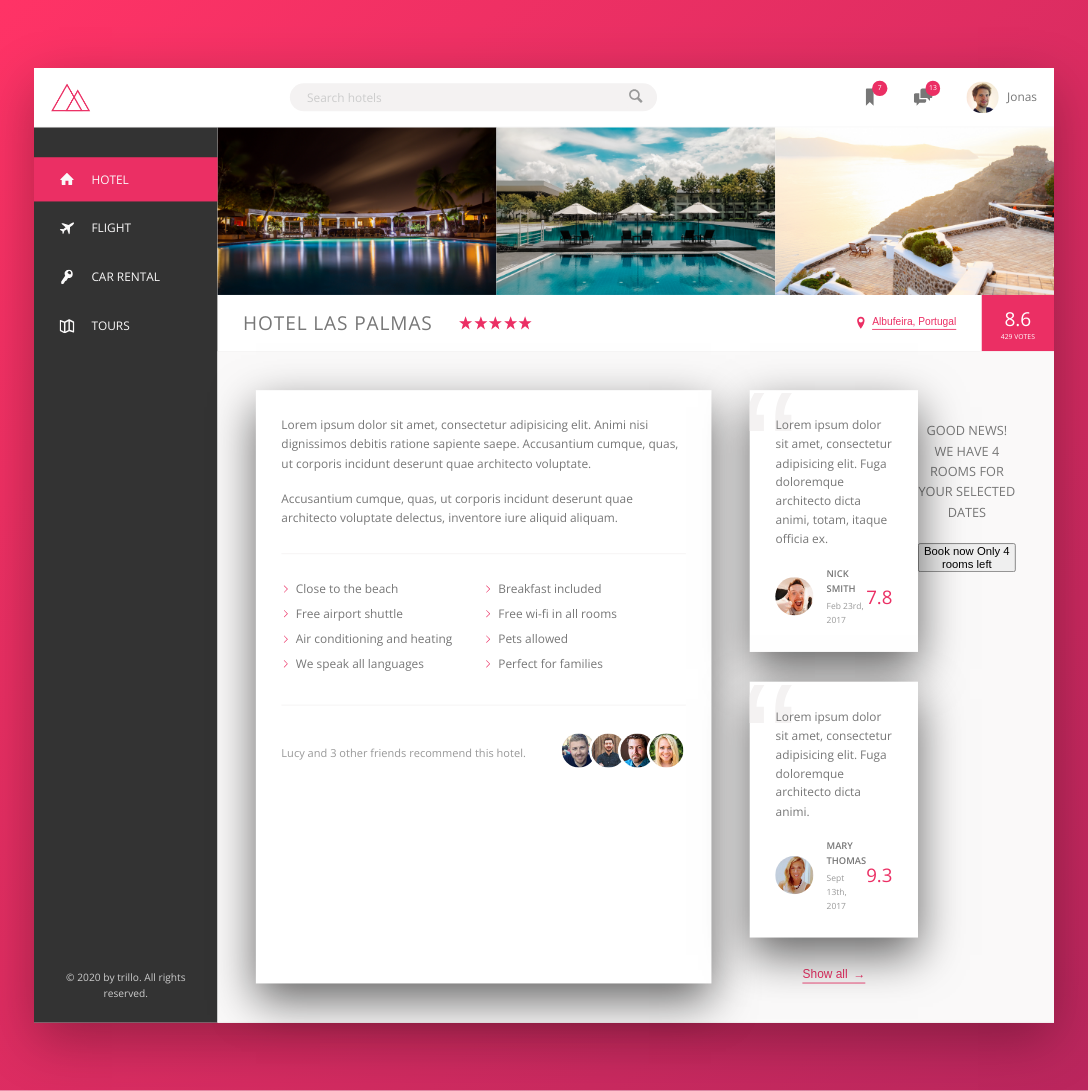
Repository: Lithium87/Trillo
Page: index.html
These files come from the project's save history. The page is drawn as it stood at one moment and after the next save; the edit follows.
The browser window is 1280 px wide. The pictures show the whole page, at 85% of full size.
The style sheet was rebuilt from its Sass, Less or Tailwind sources for each picture, by a compiler version that may differ from the author's.

Above is the page before, as saved 2020-05-17 14:03:45.

### index.html
<!DOCTYPE html>
<html lang="en">

<head>
    <meta charset="UTF-8">
    <meta name="viewport" content="width=device-width, initial-scale=1.0">

    <link href="https://fonts.googleapis.com/css?family=Open+Sans:300,400,600" rel="stylesheet">
    <link rel="stylesheet" href="css/style.css">
    <link rel="shortcut icon" type="image/png" href="img/favicon.png">

    <title>trillo &mdash; Your all-in-one booking app</title>
</head>

<body>
    <div class="container">
        <header class="header">
            <img src="img/logo.png" alt="Trillo logo" class="logo">
            <form action="#" class="search">
                <input type="text" class="search__input" placeholder="Search hotels">
                <button class="search__button">
                    <svg class="search__icon">
                        <use xlink:href="img/sprite.svg#icon-magnifying-glass"></use>
                    </svg>
                </button>
            </form>

            <nav class="user-nav">
                <div class="user-nav__icon-box">
                    <svg class="user-nav__icon">
                        <use xlink:href="img/sprite.svg#icon-bookmark"></use>
                    </svg>
                    <span class="user-nav__notification">7</span>
                </div>
                <div class="user-nav__icon-box">
                    <svg class="user-nav__icon">
                        <use xlink:href="img/sprite.svg#icon-chat"></use>
                    </svg>
                    <span class="user-nav__notification">13</span>
                </div>
                <div class="user-nav__user">
                    <img src="img/user.jpg" alt="User photo" class="user-nav__user-photo">
                    <span class="user-nav__user-name">Jonas</span>
                </div>
            </nav>
        </header>
        <div class="content">
            <nav class="sidebar">
                <ul class="side-nav">
                    <li class="side-nav__item side-nav__item--active">
                        <a href="#" class="side-nav__link">
                            <svg class="side-nav__icon">
                                <use xlink:href="img/stripe.svg#icon-home"></use>
                            </svg>
                            <span>Hotel</span>
                        </a>
                    </li>
                    <li class="side-nav__item">
                        <a href="#" class="side-nav__link">
                            <svg class="side-nav__icon">
                                <use xlink:href="img/stripe.svg#icon-aircraft"></use>
                            </svg>
                            <span>Flight</span>
                        </a>
                    </li>
                    <li class="side-nav__item">
                        <a href="#" class="side-nav__link">
                            <svg class="side-nav__icon">
                                <use xlink:href="img/stripe.svg#icon-key"></use>
                            </svg>
                            <span>Car rental</span>
                        </a>
                    </li>
                    <li class="side-nav__item">
                        <a href="#" class="side-nav__link">
                            <svg class="side-nav__icon">
                                <use xlink:href="img/stripe.svg#icon-map"></use>
                            </svg>
                            <span>Tours</span>
                        </a>
                    </li>
                </ul>
                <div class="legal">
                    &copy; 2020 by trillo. All rights reserved.
                </div>
            </nav>
            <main class="hotel-view">
                <div class="gallery">
                    <figure class="gallery__item">
                        <img src="img/hotel-1.jpg" alt="Photo of hotel 1" class="gallery__photo">
                    </figure>
                    <figure class="gallery__item">
                        <img src="img/hotel-2.jpg" alt="Photo of hotel 2" class="gallery__photo">
                    </figure>
                    <figure class="gallery__item">
                        <img src="img/hotel-3.jpg" alt="Photo of hotel 3" class="gallery__photo">
                    </figure>
                </div>
                <div class="overview">
                    <h1 class="overview__heading">Hotel Las Palmas</h1>
                    <div class="overview__stars">
                        <svg class="overview__icon-star">
                            <use xlink:href="img/stripe.svg#icon-star"></use>
                        </svg>
                        <svg class="overview__icon-star">
                            <use xlink:href="img/stripe.svg#icon-star"></use>
                        </svg>
                        <svg class="overview__icon-star">
                            <use xlink:href="img/stripe.svg#icon-star"></use>
                        </svg>
                        <svg class="overview__icon-star">
                            <use xlink:href="img/stripe.svg#icon-star"></use>
                        </svg>
                        <svg class="overview__icon-star">
                            <use xlink:href="img/stripe.svg#icon-star"></use>
                        </svg>
                    </div>
                    <div class="overview__location">
                        <svg class="overview__icon-location">
                            <use xlink:href="img/stripe.svg#icon-location-pin"></use>
                        </svg>
                        <button class="btn-inline">Albufeira, Portugal</button>
                    </div>
                    <div class="overview__rating">
                        <div class="overview__rating-average">8.6</div>
                        <div class="overview__rating-count">429 votes</div>
                    </div>
                </div>
                <div class="detail">
                    <div class="description">
                        <p class="paragraph">
                            Lorem ipsum dolor sit amet, consectetur adipisicing elit. Animi nisi dignissimos debitis ratione sapiente saepe. Accusantium cumque, quas, ut corporis incidunt deserunt quae architecto voluptate.
                        </p>
                        <p class="paragraph">
                            Accusantium cumque, quas, ut corporis incidunt deserunt quae architecto voluptate delectus, inventore iure aliquid aliquam.
                        </p>
                        <ul class="list">
                            <li class="list__item">Close to the beach</li>
                            <li class="list__item">Breakfast included</li>
                            <li class="list__item">Free airport shuttle</li>
                            <li class="list__item">Free wi-fi in all rooms</li>
                            <li class="list__item">Air conditioning and heating</li>
                            <li class="list__item">Pets allowed</li>
                            <li class="list__item">We speak all languages</li>
                            <li class="list__item">Perfect for families</li>
                        </ul>
                        <div class="recommend">
                            <p class="recommend__count">
                                Lucy and 3 other friends recommend this hotel.
                            </p>
                            <div class="recommend__friends">
                                <img src="img/user-3.jpg" alt="Friend 1" class="recommend__photo">
                                <img src="img/user-4.jpg" alt="Friend 2" class="recommend__photo">
                                <img src="img/user-5.jpg" alt="Friend 3" class="recommend__photo">
                                <img src="img/user-6.jpg" alt="Friend 4" class="recommend__photo">
                            </div>
                        </div>
                    </div>
                    <div class="user-reviews">
                        <figure class="review">
                            <blockquote class="review__text">
                                Lorem ipsum dolor sit amet, consectetur adipisicing elit. Fuga doloremque architecto dicta animi, totam, itaque officia ex.
                            </blockquote>
                            <figcaption class="review__user">
                                <img src="img/user-1.jpg" alt="User 1" class="review__photo">
                                <div class="review__user-box">
                                    <p class="review__user-name">Nick Smith</p>
                                    <p class="review__user-date">Feb 23rd, 2017</p>
                                </div>
                                <div class="review__rating">7.8</div>
                            </figcaption>
                        </figure>
                        <figure class="review">
                            <blockquote class="review__text">
                                Lorem ipsum dolor sit amet, consectetur adipisicing elit. Fuga doloremque architecto dicta animi.
                            </blockquote>
                            <figcaption class="review__user">
                                <img src="img/user-2.jpg" alt="User 2" class="review__photo">
                                <div class="review__user-box">
                                    <p class="review__user-name">Mary Thomas</p>
                                    <p class="review__user-date">Sept 13th, 2017</p>
                                </div>
                                <div class="review__rating">9.3</div>
                            </figcaption>
                        </figure>
                        <button class="btn-inline">Show all <span>&rarr;</span></button>
                    </div>
                    <div class="cta">
                        <h2 class="cta__book-now">Good news! We have 4 rooms for your selected dates</h2>
                        <button class="btn">
                            <span class="btn__visible">Book now
                                <span class="btn__invisible">Only 4 rooms left</span>
                            </span>
                        </button>
                    </div>
                </div>
            </main>
        </div>
    </div>
</body>

</html>

### sass/_base.scss
:root {
    --color-primary: #eb2f64;
    --color-primary-light: #FF3366;
    --color-primary-dark: #BA265D;
    --color-grey-light-1: #faf9f9;
    --color-grey-light-2: #f4f2f2;
    --color-grey-light-3: #f0eeee;
    --color-grey-light-4: #ccc;
    --color-grey-dark-1: #333;
    --color-grey-dark-2: #777;
    --color-grey-dark-3: #999;
    --shadow-dark: 0 2rem 6rem rgba(0, 0, 0, .3);
    --shadow-light: 0 2rem 5rem rgba(0, 0, 0, .6);
    --line: 1px solid var(--color-grey-light-2);
}

* {
    margin: 0;
    padding: 0;
}

*,
*::before,
*::after {
    box-sizing: inherit;
}

html {
    box-sizing: border-box;
    font-size: 62.5%; // 1rem = 10px
}

body {
    font-family: 'Open Sans', sans-serif;
    font-weight: 400;
    line-height: 1.6;
    color: var(--color-grey-dark-2);
    background-image: linear-gradient(to right bottom, var(--color-primary-light), var(--color-primary-dark));
    background-size: cover;
    background-repeat: no-repeat;
    min-height: 100vh;
}

### sass/_layout.scss
.container {
    max-width: 120rem;
    margin: 8rem auto;
    background-color: var(--color-grey-light-1);
    box-shadow: var(--shadow-dark);
    min-height: 50rem;
}

.header {
    font-size: 1.4rem;
    height: 7rem;
    background-color: #fff;
    border-bottom: var(--line);
    display: flex;
    justify-content: space-between;
    align-items: center;
}

.content {
    display: flex;
}

.sidebar {
    background-color: var(--color-grey-dark-1);
    flex: 0 0 18%;
    display: flex;
    flex-direction: column;
    justify-content: space-between;
}

.hotel-view {
    background-color: #fff;
    flex: 1;
}

.detail {
    font-size: 1.4rem;
    display: flex;
    padding: 4.5rem;
    background-color: var(--color-grey-light-1);
    border-bottom: var(--line);
}

.description {
    background-color: #fff;
    box-shadow: var(--shadow-light);
    padding: 3rem;
    flex: 0 0 60%;
    margin-right: 4.5rem;
}

.user-reviews {
    flex: 1;
    display: flex;
    flex-direction: column;
    align-items: center;
}

### sass/_components.scss
///////////////////////
//LOGO
.logo {
    height: 3.25rem;
    margin-left: 2rem;
}

///////////////////////
//SEARCH BOX
.search {
    flex: 0 0 40%;
    display: flex;
    align-items: center;
    justify-content: center;
    &__input {
        font-family: inherit;
        font-size: inherit;
        color: inherit;
        background-color: var(--color-grey-light-2);
        border: none;
        padding: .7rem 2rem;
        border-radius: 100px;
        width: 90%;
        transition: all .2s;
        margin-right: -3.5rem;
        &:focus {
            outline: none;
            width: 100%;
            background-color: var(--color-grey-light-3);
        }
        &::-webkit-input-placeholder {
            font-weight: 100;
            color: var(--color-grey-light-4);
        }
    }
    &__input:focus+&__button {
        background-color: var(--color-grey-light-3);
    }
    &__button {
        border: none;
        background-color: var(--color-grey-light-2);
        &:focus {
            outline: none;
        }
        &:active {
            transform: translateY(2px);
        }
    }
    &__icon {
        height: 2rem;
        width: 2rem;
        fill: var(--color-grey-dark-3);
    }
}

///////////////////////
//USER NAVIGATION
.user-nav {
    align-self: stretch;
    display: flex;
    align-items: center;
    &>* {
        padding: 0 2rem;
        cursor: pointer;
        height: 100%;
        display: flex;
        align-items: center;
    }
    &>*:hover {
        background-color: var(--color-grey-light-2);
    }
    &__icon-box {
        position: relative;
    }
    &__icon {
        height: 2.25rem;
        width: 2.25rem;
        fill: var(--color-grey-dark-2);
    }
    &__notification {
        font-size: .8rem;
        height: 1.75rem;
        width: 1.75rem;
        border-radius: 50%;
        background-color: var(--color-primary);
        color: #fff;
        position: absolute;
        top: 1.5rem;
        right: 1.1rem;
        display: flex;
        justify-content: center;
        align-items: center;
    }
    &__user-photo {
        height: 3.75rem;
        border-radius: 50%;
        margin-right: 1rem;
    }
}

///////////////////////
//SIDE NAVIGATION
.side-nav {
    font-size: 1.4rem;
    list-style: none;
    margin-top: 3.5rem;
    &__item {
        position: relative;
        &:not(:last-child) {
            margin-bottom: .5rem;
        }
    }
    &__item::before {
        content: "";
        position: absolute;
        top: 0;
        left: 0;
        height: 100%;
        width: 3px;
        background-color: var(--color-primary);
        transform: scaleY(0);
        transition: transform .2s, width .4s cubic-bezier(1, 0, 0, 1) .2s, background-color .1s;
    }
    &__item:hover::before,
    &__item--active::before {
        transform: scaleY(1);
        width: 100%;
    }
    &__item:active::before {
        background-color: var(--color-primary-light);
    }
    &__link:link,
    &__link:visited {
        color: var(--color-grey-light-1);
        text-decoration: none;
        text-transform: uppercase;
        display: block;
        padding: 1.5rem 3rem;
        position: relative;
        z-index: 10;
        display: flex;
        align-items: center;
    }
    &__icon {
        width: 1.75rem;
        height: 1.75rem;
        margin-right: 2rem;
        fill: currentColor;
    }
}

///////////////////////
//LEGAL TEXT
.legal {
    font-size: 1.2rem;
    color: var(--color-grey-light-4);
    text-align: center;
    padding: 2.5rem;
}

///////////////////////
//GALLERY
.gallery {
    display: flex;
    &__photo {
        width: 100%;
        display: block;
    }
}

///////////////////////
//HOTEL OVERVIEW
.overview {
    display: flex;
    align-items: center;
    border-bottom: var(--line);
    &__heading {
        font-size: 2.25rem;
        font-weight: 300;
        text-transform: uppercase;
        letter-spacing: 1px;
        padding: 1.5rem 3rem;
    }
    &__stars {
        margin-right: auto;
        display: flex;
    }
    &__icon-star,
    &__icon-location {
        width: 1.75rem;
        height: 1.75rem;
        fill: var(--color-primary);
    }
    &__location {
        font-size: 1.2rem;
        display: flex;
        align-items: center;
    }
    &__icon-location {
        margin-right: .5rem;
    }
    &__rating {
        background-color: var(--color-primary);
        color: #fff;
        margin-left: 3rem;
        padding: 0 2.25rem;
        align-self: stretch;
        display: flex;
        flex-direction: column;
        align-items: center;
        justify-content: center;
    }
    &__rating-average {
        font-size: 2.25rem;
        font-weight: 300;
        margin-bottom: -3px;
    }
    &__rating-count {
        font-size: .8rem;
        text-transform: uppercase;
    }
}

///////////////////////
//BUTTON INLINE
.btn-inline {
    border: none;
    color: var(--color-primary);
    font-size: inherit;
    border-bottom: 1px solid currentColor;
    padding-bottom: 2px;
    display: inline-block;
    background-color: transparent;
    cursor: pointer;
    transition: all .2s;
    span {
        margin-left: 3px;
        transition: margin-left .2s;
    }
    &:hover {
        color: var(--color-grey-dark-1);
        span {
            margin-left: 8px;
        }
    }
    &:focus {
        outline: none;
        animation: pulsate 1s infinite;
    }
}

@keyframes pulsate {
    0% {
        transform: scale(1);
        box-shadow: none;
    }
    50% {
        transform: scale(1.05);
        box-shadow: 0 1rem 4rem rgba(0, 0, 0, .25);
    }
    100% {
        transform: scale(1);
        box-shadow: none;
    }
}

///////////////////////
//PARAGRAPH
.paragraph:not(:last-of-type) {
    margin-bottom: 2rem;
}

///////////////////////
//LIST
.list {
    list-style: none;
    margin: 3rem 0;
    padding: 3rem 0;
    border-top: var(--line);
    border-bottom: var(--line);
    display: flex;
    flex-wrap: wrap;
    &__item {
        flex: 0 0 50%;
        margin-bottom: .7rem;
    }
    &__item::before {
        content: "";
        display: inline-block;
        height: 1rem;
        width: 1rem;
        margin-right: .7rem;
        //Older browsers
        //background-image: url(../img/chevron-thin-right.svg);
        //background-size: cover;
        //Newer browsers - masks
        background-color: var(--color-primary);
        -webkit-mask-image: url(../img/chevron-thin-right.svg);
        -webkit-mask-size: cover;
        mask-image: url(../img/chevron-thin-right.svg);
        mask-size: cover;
    }
}

///////////////////////
//RECOMMEND
.recommend {
    font-size: 1.3rem;
    color: var(--color-grey-dark-3);
    display: flex;
    align-items: center;
    &__count {
        margin-right: auto;
    }
    &__photo {
        box-sizing: content-box;
        height: 4rem;
        width: 4rem;
        border-radius: 50%;
        border: 3px solid #fff;
        &:not(:last-child) {
            margin-right: -1.5rem;
        }
    }
}

///////////////////////
//REVIEWS
.review {
    background-color: #fff;
    box-shadow: var(--shadow-light);
    padding: 3rem;
    margin-bottom: 3.5rem;
    position: relative;
    overflow: hidden;
    &__text {
        margin-bottom: 2rem;
        z-index: 10;
        position: relative;
    }
    &__user {
        display: flex;
        align-items: center;
    }
    &__photo {
        height: 4.5rem;
        width: 4.5rem;
        border-radius: 50%;
        margin-right: 1.5rem;
    }
    &__user-box {
        margin-right: auto;
    }
    &__user-name {
        font-size: 1.1rem;
        font-weight: 600;
        text-transform: uppercase;
        margin-bottom: .4rem;
    }
    &__user-date {
        font-size: 1rem;
        color: var(--color-grey-dark-3);
    }
    &__rating {
        color: var(--color-primary);
        font-size: 2.2rem;
        font-weight: 300;
    }
    &::before {
        content: "\201C";
        position: absolute;
        top: -2.75rem;
        left: -1rem;
        line-height: 1;
        font-size: 20rem;
        color: var(--color-grey-light-2);
        font-family: sans-serif;
        z-index: 1;
    }
}

///////////////////////
//CALL TO ACTION
.cta {
    padding: 3.5rem 0;
    text-align: center;
    &__book-now {
        font-size: 1.5rem;
        font-weight: 300;
        text-transform: uppercase;
        margin-bottom: 2.5rem;
    }
}

Loaded but not shown: sass/main.scss (common file)

After the next save:
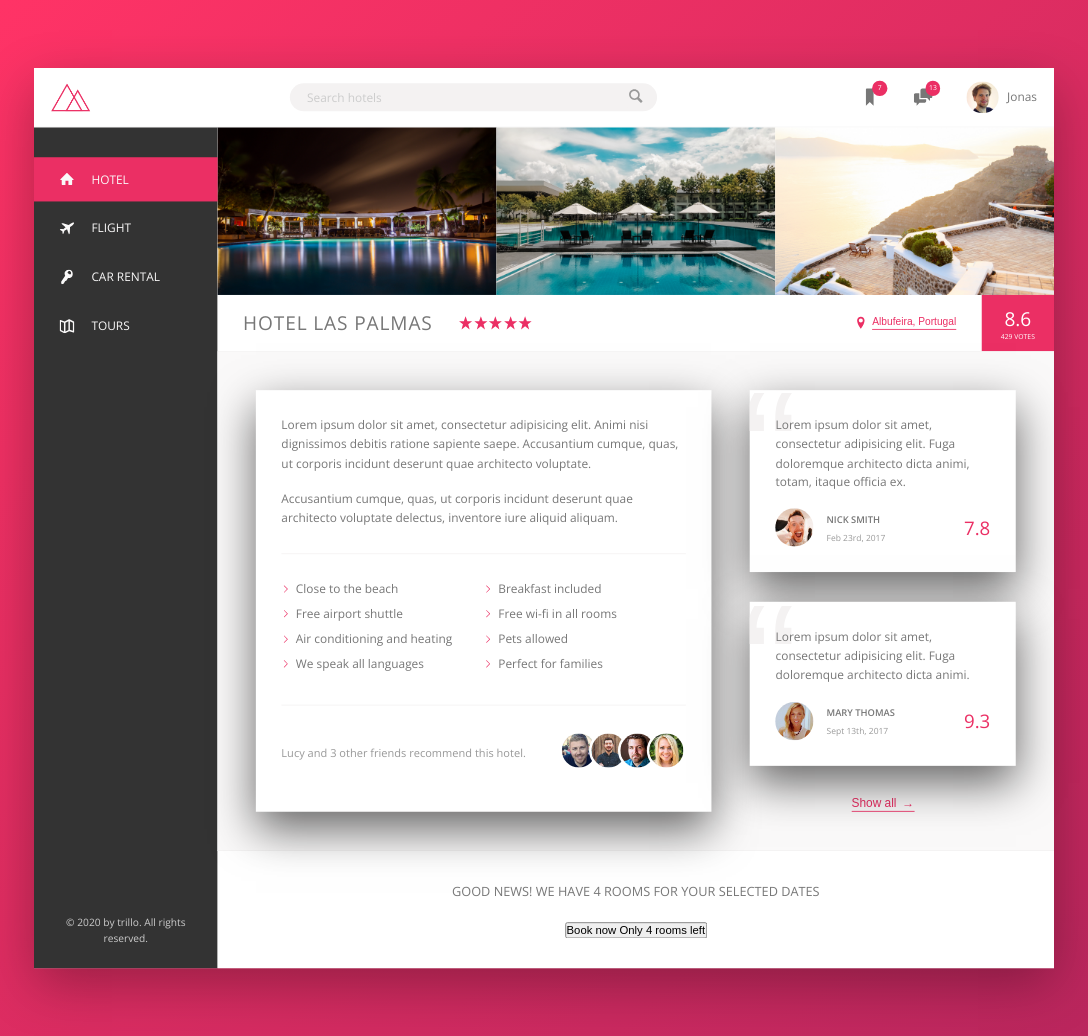
Saved 3 min 30 s later.
--- a/index.html
+++ b/index.html
@@ -185,14 +185,15 @@
                         </figure>
                         <button class="btn-inline">Show all <span>&rarr;</span></button>
                     </div>
-                    <div class="cta">
-                        <h2 class="cta__book-now">Good news! We have 4 rooms for your selected dates</h2>
-                        <button class="btn">
-                            <span class="btn__visible">Book now
-                                <span class="btn__invisible">Only 4 rooms left</span>
-                            </span>
-                        </button>
-                    </div>
+
+                </div>
+                <div class="cta">
+                    <h2 class="cta__book-now">Good news! We have 4 rooms for your selected dates</h2>
+                    <button class="btn">
+                        <span class="btn__visible">Book now
+                            <span class="btn__invisible">Only 4 rooms left</span>
+                        </span>
+                    </button>
                 </div>
             </main>
         </div>
